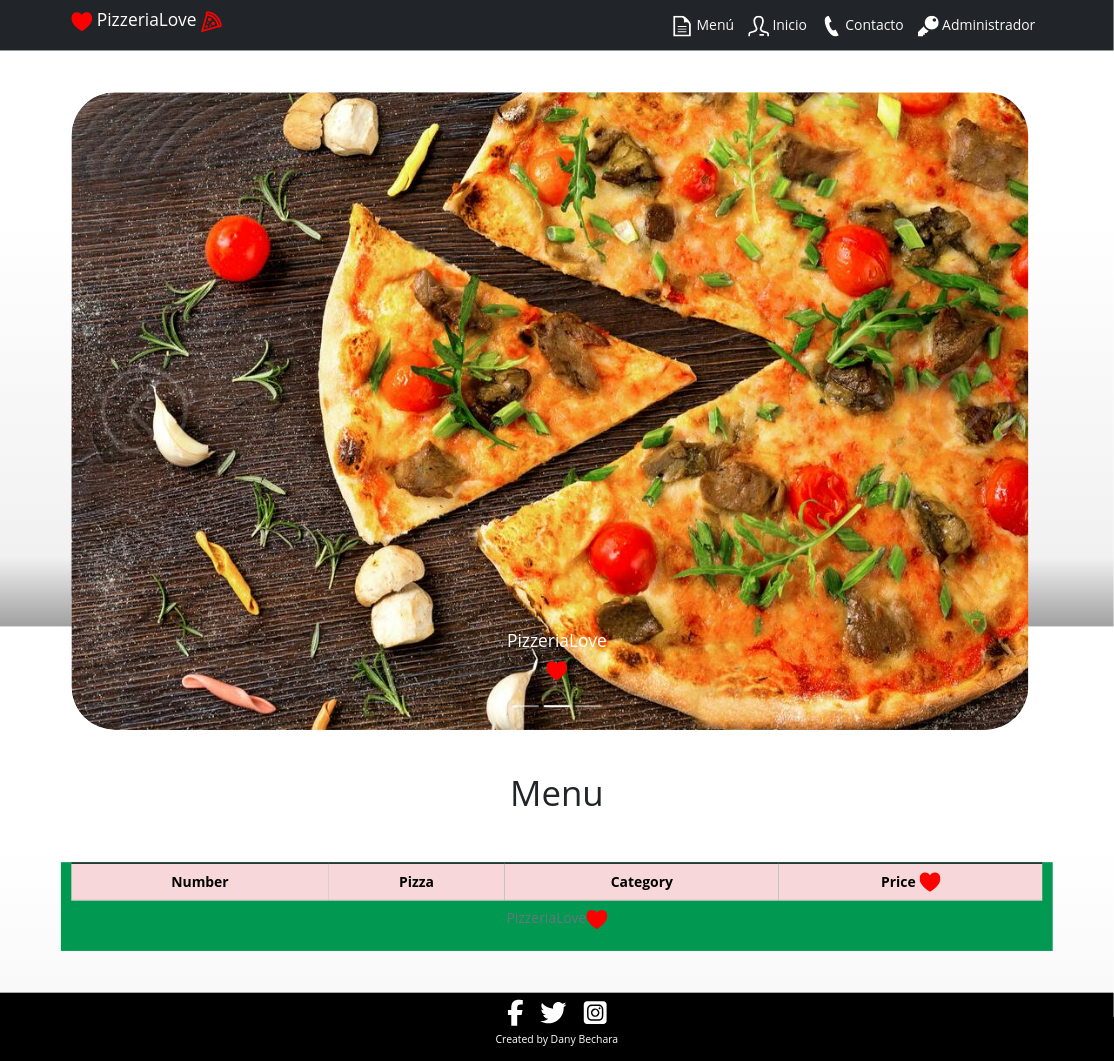
Repository: bechara611/PizzeriaLove
Page: /
These files come from the project's save history. The page is drawn as it stood at one moment and after the next save; the edit follows.
The browser window is 1280 px wide. The pictures show the whole page, at 87% of full size.
The page's requests for data from a server got no answer. Backgrounds fixed to the window are drawn as part of the page. The project was rebuilt for these pictures with package versions that can differ from the ones it lists, and the page was loaded fresh each time. No one was signed in, and anything a server would have sent is missing. Also part of the build but not shown: src/App.css, src/App.js, src/Componentes/FormularioAgregarMenu.css, src/Elementos/Alerta.js, src/Componentes/FormularioAgregarMenu.js.

Above is the page before, as saved 2022-02-23 08:50:56.

### src/index.js
import React,{useState} from 'react';
import ReactDOM from 'react-dom';
import './index.css';
import 'bootstrap/dist/css/bootstrap.css'
import 'bootstrap/dist/js/bootstrap.bundle.min';
import Header from './Componentes/Header';
import {BrowserRouter,Route, Routes,NavLink} from 'react-router-dom'
import {App,App2} from './App';
import WebFont from 'webfontloader'
import './index.css'
import Carousel from './Componentes/Carousel';
import Menu from './Componentes/Menu';
import Footer from './Componentes/Footer';
import { FormularioAgregarMenu } from './Componentes/FormularioAgregarMenu';

WebFont.load({
  google: {
    families: ['Open Sans:400,500,700', 'Sans-serif']
  }
});

const Index = () => {
  const [administrador,cambiaradministrador]=useState(false);
  return (
  <BrowserRouter>
     <Header administrador={administrador} cambiaradministrador={cambiaradministrador}></Header>
   <Carousel></Carousel>

    <Routes>
    <Route path='/' element={<Menu borrar={false} />} ></Route>
    <Route path='/administrador' element={<FormularioAgregarMenu />} ></Route>
    <Route path='/inicio' element={<Menu borrar={false} />} ></Route>
    </Routes>
    <Footer></Footer>
    </BrowserRouter>
    );
}


ReactDOM.render(

  <Index />,
  document.getElementById('root')
);

### src/index.css
* {
  margin: 0;
  font-family:'Open Sans';
  /* Permalink - use to edit and share this gradient: https://colorzilla.com/gradient-editor/#ffffff+0,ffffff+100&1+0,0+100;White+to+Transparent */



}


body
{
  background: rgb(255,255,255);
  background: linear-gradient(180deg, rgba(255,255,255,1) 0%, rgba(255,255,255,1) 35%, rgba(242,241,241,1) 89%, rgba(10,10,10,0.38699229691876746) 100%);

  background-attachment:fixed;
}

### src/Componentes/Header.js
import {NavLink} from 'react-router-dom'
import styled from 'styled-components';
import { BotonTipoNavLink,BotonTipoNavLinkA } from '../Elementos/BotonTipoNavLink';
import {Pizza2,Administrador2,Inicio2,Menu2,Contacto2,Heart2}from '../Elementos/ImagenesSVG';
import {App,App2} from './../App';
import './Header.css'


const Header = ({cambiaradministrador},{administrador}) => {
    let url1,urladmin;
    url1="/inicio";
    urladmin='/administrador'
      return (
        <>

        <nav className="navbar navbar-expand-sm navbar-dark bg-dark  header_nav">
        <div className="container contenedor1 ">
        <div className='hijo1_header'>
         <BotonTipoNavLink to={url1} className="navbar-brand"> <Heart2 / > PizzeriaLove <Pizza2></Pizza2></BotonTipoNavLink>



        </div>
      <div className='hijo2_header'>
        <button
        className="navbar-toggler mt-2"
        type="button"
        data-bs-toggle="collapse"
        data-bs-target="#menu"
        aria-controls="menu"
        aria-expanded="false"
        aria-label="Mostrar / Ocultar Menu"
      >
        <span className="navbar-toggler-icon"></span>
      </button>

      <div className="collapse navbar-collapse" id="menu">
      <ul className="navbar-nav me-auto mb-2 mb-lg-0 header_menu">
      <li className="nav-item opcion"><a href="#menuu" className="nav-link text-light  opcion"><Menu2></Menu2> Menú</a></li>
        <li className="nav-item"><BotonTipoNavLinkA to={url1} className="nav-link text-light"><Inicio2/> Inicio</BotonTipoNavLinkA></li>
        <li className="nav-item"><BotonTipoNavLink to={url1} className="nav-link text-light"> <Contacto2 /> Contacto</BotonTipoNavLink></li>
        <li className="nav-item"><BotonTipoNavLink to={urladmin} className="nav-link text-light"> <Administrador2 /> Administrador</BotonTipoNavLink></li>
      </ul>

    </div>
    </div>
        </div>

      </nav>

      </>
       );
    }

    export default Header;

### src/Componentes/Carousel.js
import { Heart2 } from '../Elementos/ImagenesSVG'
import imagen1 from './../Imagenes/carousel1.jpg'
import imagen2 from './../Imagenes/carousel2.jpg'
import imagen3 from './../Imagenes/carousel3.jpg'
import './Carousel.css'
const Carousel = () => {
    return (

        <>
<section className="main">
  <div className="container">
    <div className="row mt-5">
      <div className="col">
        <div className="carousel slide carousel-fade" id="mi-carousel" data-bs-ride="carousel">
          <div className="carousel-inner">
            <div className="carousel-item active">
            <div className="carousel-caption">
            <h5>PizzeriaLove</h5>
            <p><Heart2></Heart2></p>
          </div>
              <img className="img-fluid" src={imagen1} alt='' />
            </div>

            <div className="carousel-item" data-bs-interval="5000">
              <div className="carousel-caption">
                <h5>PizzeriaLove</h5>
                <p><Heart2></Heart2></p>
              </div>
              <img className="img-fluid" src={imagen2}  alt=''/>
            </div>
            <div className="carousel-item">
            <div className="carousel-caption">
            <h5>PizzeriaLove</h5>
            <p><Heart2></Heart2></p>
          </div>
            <img className="img-fluid" src={imagen3} alt='' />
            </div>
          </div>



          <button
            className="carousel-control-prev botonprev"
            type="button"
            data-bs-target="#mi-carousel"
            data-bs-slide="prev"
          >
            <span className="carousel-control-prev-icon  icono" aria-hidden="true"></span>
            <span className="visually-hidden">Prev</span>
          </button>
          <button
            className="carousel-control-next"
            type="button"
            data-bs-target="#mi-carousel"
            data-bs-slide="next"
          >
            <span className="carousel-control-next-icon icono" aria-hidden="true"></span>
            <span className="visually-hidden">Next</span>
          </button>




          <div className="carousel-indicators">
            <button
              type="button"
              className="active"
              data-bs-target="#mi-carousel"
              data-bs-slide-to="0"
              aria-label="Slide 1"
            ></button>
            <button
              type="button"
              className=""
              data-bs-target="#mi-carousel"
              data-bs-slide-to="1"
              aria-label="Slide 2"
            ></button>
            <button
              type="button"
              className=""
              data-bs-target="#mi-carousel"
              data-bs-slide-to="2"
              aria-label="Slide 3"
            ></button>
          </div>
        </div>
      </div>
    </div>
  </div>

</section>


        </>
     );
}

export default Carousel;

### src/Componentes/Menu.js
import React from 'react'
import { Heart2, Trash2 } from '../Elementos/ImagenesSVG';
import { db } from '../Firebase/FirebaseConfig';
import './Menu.css'
import useObtenerMenu from '../Hooks/useObtenerMenu';
import BorrarDocumento from '../Firebase/Borrar';

const Menu = ({borrar}) => {
   const [platos,cambiarplatos]=useObtenerMenu();


    return (
        <>
        <div className="container contenedor-tabla">
        <div className="row my-5">

        <div className="col titulo">
        {borrar===true ?   <h1 className=''>Admin, you can delete a plate here:</h1> :    <h1 className=''>Menu</h1>}

        </div>
        </div>
            <div className="row my-5">

             <div className="table-responsive " id='menuu'>
            <table className="table table-hover table" >
            <caption className='captionMenu'>PizzeriaLove<Heart2></Heart2></caption>
             <thead>
             <tr className={borrar===true?'table-success' : 'table-danger'}>
             <th>Number</th>
             <th>Pizza</th>
             <th>Category </th>
             <th>Price <Heart2></Heart2> </th>
             </tr>
             </thead>
             <tbody>
             {
                 platos.map((plato,index)=>{
                     return <React.Fragment key={index}>
                     <tr onClick={()=>{


                     }} >
                     <td>{index +1}</td>
                     <td>{plato.plato}</td>
                     <td>{plato.categorias}</td>
                     {borrar===true ?    <td>{plato.precio}$  <Trash2 onClick={()=>{
                        if (borrar===true) {
                            BorrarDocumento(plato.id)
                         }
                     }}></Trash2> </td> : <td>{plato.precio}</td> }

                     </tr>
                     </React.Fragment>
                 })
             }
             </tbody>
             </table>
            </div>


            </div>
        </div>

        </>

        )

}

export  default Menu;

### src/Componentes/Footer.js
import styled from "styled-components";
import './Footer.css'
import { FontAwesomeIcon } from '@fortawesome/react-fontawesome'
import { faCoffee } from '@fortawesome/free-solid-svg-icons'
import {  faFacebookF,faInstagramSquare,faTwitter } from '@fortawesome/free-brands-svg-icons';
import useObtenerMenu from "../Hooks/useObtenerMenu";


const Footer = () => {
    let face='https://www.facebook.com';
    let insta='https://www.instagram.com';
    let twitter='https://www.twitter.com';
    let nuevaPestana="_blank"

    return (
        <>
        <div className="container-fluid " >
        <div className="row fila">
        <footer className="col-12 footer">
        <a href={face} target={nuevaPestana} className='face'><FontAwesomeIcon icon={faFacebookF}/></a>
        <a href={twitter} target={nuevaPestana} className='twitter'><FontAwesomeIcon icon={faTwitter}/></a>
        <a href={insta} target={nuevaPestana} className='instagram'><FontAwesomeIcon icon={faInstagramSquare}/></a>

        </footer>
        <p className="col-12">Created by Dany Bechara</p>
        </div>
        </div>
        </>
     );
}

export default Footer;

### src/Elementos/BotonTipoNavLink.js
import styled from "styled-components"
import { NavLink } from "react-router-dom"
    const BotonTipoNavLink = styled(NavLink)`
    &:hover
    {
      text-decoration: underline;
      color: black;
    }
    `

    const BotonTipoNavLinkA=styled(BotonTipoNavLink)`
    text-decoration: none;
      color: black;
      cursor:pointer;
    `
    export {BotonTipoNavLink,BotonTipoNavLinkA}

### src/Elementos/ImagenesSVG.js
import styledComponents from 'styled-components';
import {ReactComponent as Pizza} from './../Imagenes/Pizza.svg'
import {ReactComponent as Inicio} from './../Imagenes/Inicio.svg'
import {ReactComponent as Menu} from './../Imagenes/Menu.svg'
import {ReactComponent as Administrador} from './../Imagenes/Administrador.svg'
import {ReactComponent as Contacto} from './../Imagenes/Contacto.svg'
import {ReactComponent as Heart} from './../Imagenes/Heart.svg'
import {ReactComponent as Trash} from './../Imagenes/Trash.svg'
const Pizza2 = styledComponents(Pizza)`
font-size:10px;
z-index: 1;
color:white;
fill:red;

`;
const Inicio2 = styledComponents(Inicio)`
font-size:10px;
z-index: 1;
color:white;
fill:white;

`;
const Menu2 = styledComponents(Menu)`
font-size:10px;
z-index: 1;
color:white;
fill:white;

`;
const Administrador2 = styledComponents(Administrador)`
font-size:10px;
z-index: 1;
color:white;
fill:white;

`;

const Contacto2 = styledComponents(Contacto)`
font-size:10px;
z-index: 1;
color:white;
fill:white;

`;

const Heart2 = styledComponents(Heart)`
font-size:10px;
z-index: 1;
color:white;
fill:red;

`;

const Trash2=styledComponents(Trash)`
fill:blue;
cursor:pointer;
`

export {Pizza2,Administrador2,Inicio2,Menu2, Contacto2,Heart2,Trash2}

### src/Componentes/Header.css

*{
   box-sizing: border-box;
   margin: 0;
   padding: 0;


}
.header_nav2
{
    /* margin-top: -8px; */
    background: -moz-linear-gradient(top,  rgba(211,126,128,1) 0%, rgba(146,171,207,0) 76%, rgba(134,179,222,0) 90%, rgba(125,185,232,0) 100%); /* FF3.6-15 */
background: -webkit-linear-gradient(top,  rgba(211,126,128,1) 0%,rgba(146,171,207,0) 76%,rgba(134,179,222,0) 90%,rgba(125,185,232,0) 100%); /* Chrome10-25,Safari5.1-6 */
background: linear-gradient(to bottom,  rgba(211,126,128,1) 0%,rgba(146,171,207,0) 76%,rgba(134,179,222,0) 90%,rgba(125,185,232,0) 100%); /* W3C, IE10+, FF16+, Chrome26+, Opera12+, Safari7+ */
filter: progid:DXImageTransform.Microsoft.gradient( startColorstr='#d37e80', endColorstr='#007db9e8',GradientType=0 ); /* IE6-9 */


}
body
{
    /* background: url(./../Imagenes/textura.png);
	background-repeat: repeat;
	background-attachment: fixed; */
}

.nav
{


}

.contenedor12
{

    /* min-height: 300px;  */
}

.hijo1_header
{
    align-self: start;
    /* margin-top: 2%; */

}
.hijo2_header
{
    /* margin-top: 2%; */
    align-self: start;
}
.header_menu
{

}

.opcion
{
text-decoration: dotted;
display: inline-block;
opacity: 1;

}



.opcion:hover
{
    text-decoration: underline;
}

.opcion:link
{
color: green;
}

### src/Componentes/Carousel.css
.carousel-inner{border-radius: 50px;}
.carousel-item{border-radius: 50px;}
.img-fluid{border-radius: 50px;}
.icono {
    height: 100px;
    width: 100px;

      /*shape border*/
      border: 5px solid white;
      border-radius: 50%; /*zero for square */
      opacity: 0.3;
      /*symbol */
      color: BLACK;



}
.icono:hover{opacity: 1;}

### src/Firebase/FirebaseConfig.js
import { initializeApp } from "firebase/app";
import { getAnalytics } from "firebase/analytics";
import { getFirestore } from "firebase/firestore";
import { getAuth, createUserWithEmailAndPassword } from "firebase/auth";

const firebaseConfig2 = {
    apiKey: "AIzaSyDhYuWK_8Uy4S-BtkFmFfityIjQnt4M3Is",
    authDomain: "pizzerialove-00.firebaseapp.com",
    projectId: "pizzerialove-00",
    storageBucket: "pizzerialove-00.appspot.com",
    messagingSenderId: "356504995914",
    appId: "1:356504995914:web:c5fee404edbf5f32affeb3",
    measurementId: "G-CK1N9HMEKD"
  };


    const firebaseConfig = {
      apiKey:process.env.REACT_APP_FIREBASE_API_KEY,
      authDomain:process.env.REACT_APP_FIREBASE_AUTH_DOMAIN,
      projectId:process.env.REACT_APP_FIREBASE_PROJECT_ID,
      storageBucket:process.env.REACT_APP_FIREBASE_STORAGE_BUCKET,
      messagingSenderId:process.env.REACT_APP_FIREBASE_MESSAGING_SENDER_ID,
      appId:process.env.REACT_APP_FIREBASE_APP_ID,
      measurementId:process.env.REACT_APP_FIREBASE_MEASUREMENT_ID
    };



// Initialize Firebase
const app = initializeApp(firebaseConfig);
const analytics = getAnalytics(app);
const db= getFirestore();
const auth=getAuth();

export {app,analytics,db,auth};

### src/Componentes/Menu.css
.captionMenu
{
    text-align: center;
}

.titulo{text-align: center;}

td{text-align: center;}
th{text-align: center;}

.basurita{background: black;}

.table-responsive{
     background: #019851;



    }

### src/Hooks/useObtenerMenu.js
import React,{useEffect,useState} from 'react'
import { db } from '../Firebase/FirebaseConfig';
import { collection,onSnapshot } from 'firebase/firestore';

const useObtenerMenu = () => {
    const [platos,cambiarplatos]=useState([{}])
    useEffect(()=>{

            const FuncionObtenerMenu=onSnapshot(collection(db,'menu'), (snapShot)=>{

               let vectormenu=snapShot.docs.map((documento)=>{
                  // console.log(documento.id)
                    return {...documento.data(),id:documento.id}
                })
              //  console.log(vectormenu);
                cambiarplatos(vectormenu)
            })





          },[])
          return [platos,cambiarplatos]
}

export default useObtenerMenu;

### src/Firebase/Borrar.js
import { db,app } from './FirebaseConfig'
import {doc,deleteDoc, } from 'firebase/firestore'
const BorrarDocumento =async (id) => {
  try {
  await deleteDoc(doc(db,'menu',id));

   } catch (error) {
    console.log(error)
   }

}

export default BorrarDocumento;

### src/Componentes/Footer.css
.footer
{
    display: flex;
    flex-direction: row;
    justify-content: center;

}
.fila
{
    display: flex;
    justify-content: center;
    text-align: center;
    background: black;
    font-size: 12px;
}
.fila p
{

color: white;
}
.footer a{
    text-decoration: none;
font-size: 30px;
display: inline-block;
color: white;
margin: 0 10px;
}
.face:hover{color: blue;}
.twitter:hover{color: lightblue;}
.instagram:hover{color:#fcaf45}

Loaded but not shown: public/index.html (common file)

After the next save:
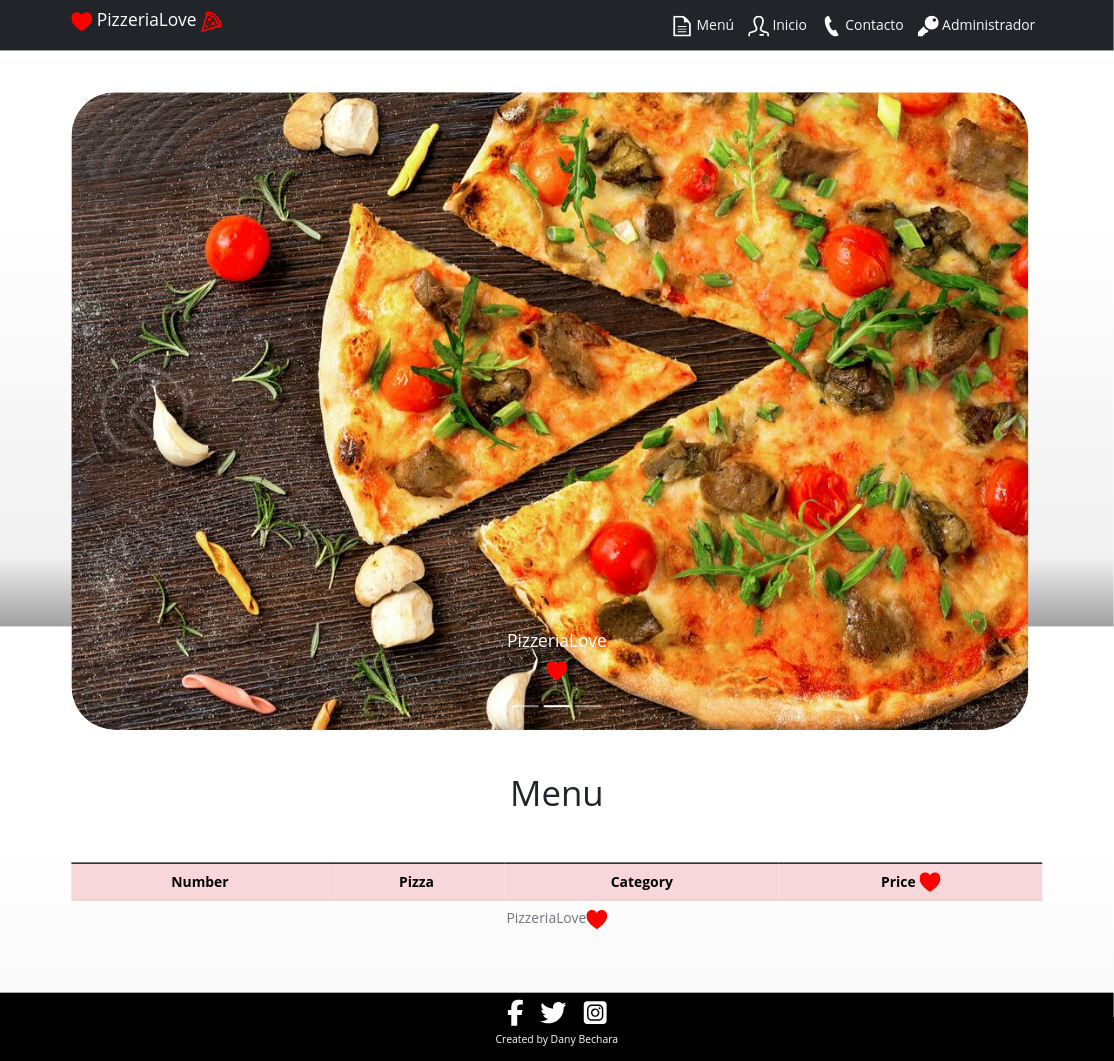
Saved 18 s later.
--- a/src/Componentes/Menu.css
+++ b/src/Componentes/Menu.css
@@ -11,7 +11,7 @@ th{text-align: center;}
 .basurita{background: black;}
 
 .table-responsive{
-     background: #019851;
+
 
 
 
